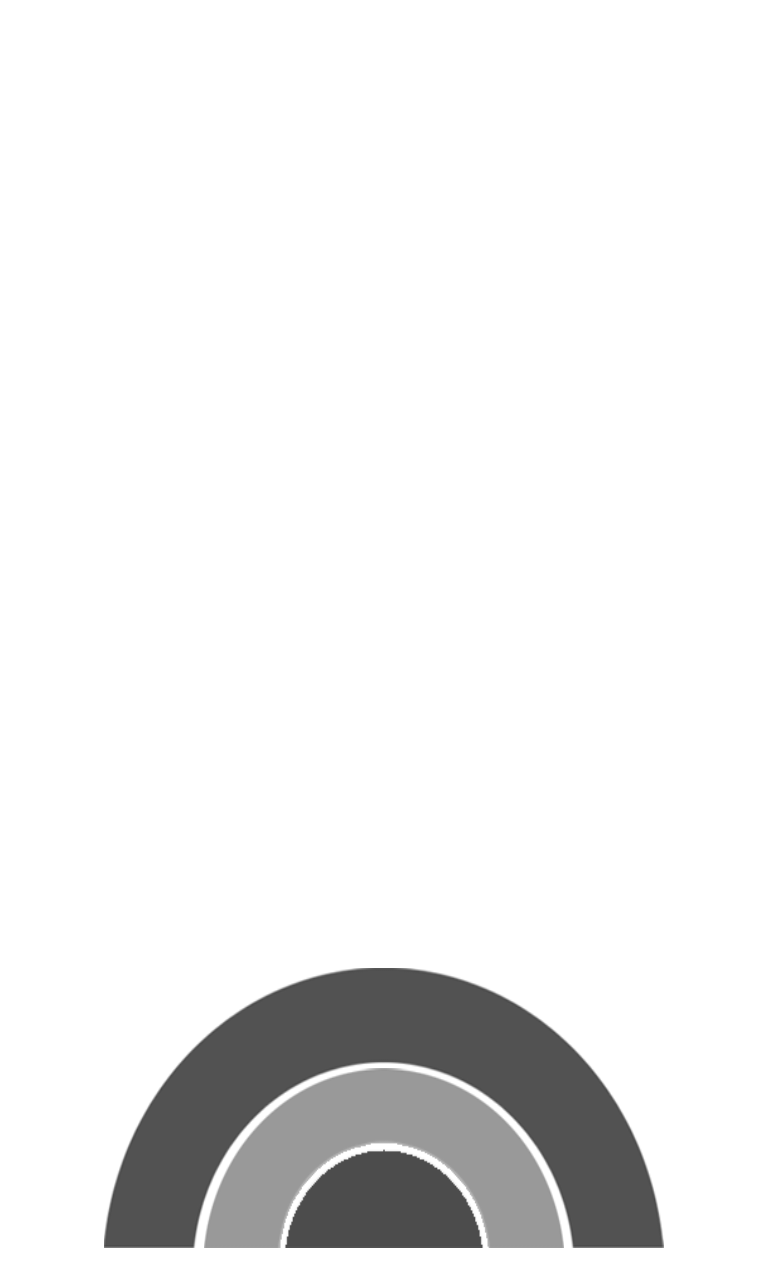
Repository: xfhy/Usually-learn-Android
Layout: 自定义控件/02_优酷菜单/res/layout/activity_main.xml
The author's editor kept a copy of each file at every save. The layout is drawn from the files as they stood at one save, then again after the next save.
It is drawn on a 768 x 1280 px phone screen (xhdpi) without system bars, with theme AppTheme; the app's code is not run.

Above is the layout before, as saved 2017-03-29 01:35:14.

### 自定义控件/02_优酷菜单/res/layout/activity_main.xml
<RelativeLayout xmlns:android="http://schemas.android.com/apk/res/android"
    xmlns:tools="http://schemas.android.com/tools"
    android:layout_width="match_parent"
    android:layout_height="match_parent"
    android:paddingBottom="@dimen/activity_vertical_margin"
    android:paddingLeft="@dimen/activity_horizontal_margin"
    android:paddingRight="@dimen/activity_horizontal_margin"
    android:paddingTop="@dimen/activity_vertical_margin"
    tools:context="com.xfhy.youkumenu.MainActivity$PlaceholderFragment" >

    <RelativeLayout
        android:layout_width="100dp"
        android:layout_height="50dp"
        android:layout_centerHorizontal="true"
        android:layout_alignParentBottom="true"
        android:background="@drawable/level1" >



    </RelativeLayout>

    <RelativeLayout
        android:layout_width="180dp"
        android:layout_height="90dp"
        android:layout_centerHorizontal="true"
        android:layout_alignParentBottom="true"
        android:background="@drawable/level2" >
    </RelativeLayout>

    <RelativeLayout
        android:layout_width="280dp"
        android:layout_height="140dp"
        android:layout_centerHorizontal="true"
        android:layout_alignParentBottom="true"
        android:background="@drawable/level3" >
    </RelativeLayout>

</RelativeLayout>

Loaded but not shown: 自定义控件/02_优酷菜单/res/values/styles.xml (common file); 自定义控件/02_优酷菜单/res/values-v11/styles.xml (common file); 自定义控件/02_优酷菜单/res/values-v14/styles.xml (common file); 自定义控件/02_优酷菜单/res/values/dimens.xml (common file); 自定义控件/02_优酷菜单/res/values-w820dp/dimens.xml (common file)

After the next save:
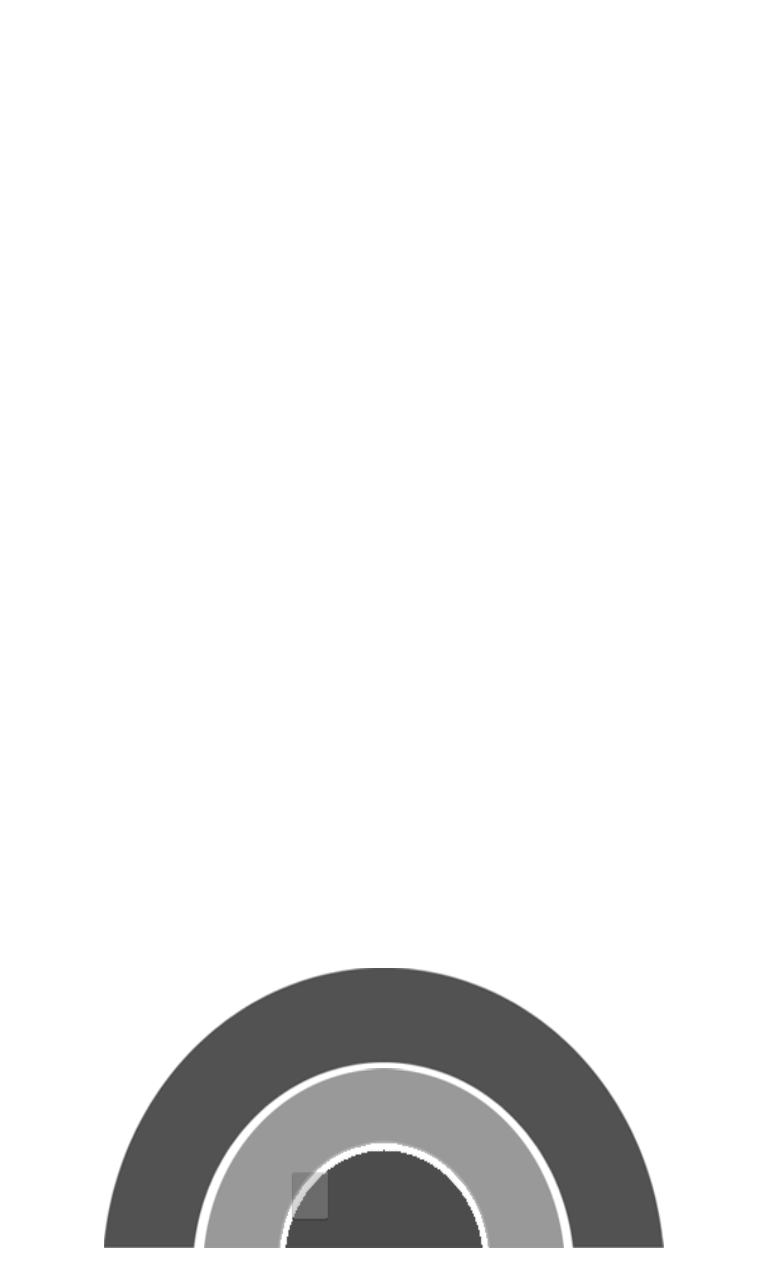
Saved 66 s later.
--- a/自定义控件/02_优酷菜单/res/layout/activity_main.xml
+++ b/自定义控件/02_优酷菜单/res/layout/activity_main.xml
@@ -11,27 +11,31 @@
     <RelativeLayout
         android:layout_width="100dp"
         android:layout_height="50dp"
+        android:layout_alignParentBottom="true"
         android:layout_centerHorizontal="true"
-        android:layout_alignParentBottom="true"
         android:background="@drawable/level1" >
 
-
+        <ImageButton
+            android:layout_width="wrap_content"
+            android:layout_height="wrap_content"
+            android:layout_alignParentBottom="true"
+            android:layout_marginBottom="10dp" />
 
     </RelativeLayout>
 
     <RelativeLayout
         android:layout_width="180dp"
         android:layout_height="90dp"
+        android:layout_alignParentBottom="true"
         android:layout_centerHorizontal="true"
-        android:layout_alignParentBottom="true"
         android:background="@drawable/level2" >
     </RelativeLayout>
 
     <RelativeLayout
         android:layout_width="280dp"
         android:layout_height="140dp"
+        android:layout_alignParentBottom="true"
         android:layout_centerHorizontal="true"
-        android:layout_alignParentBottom="true"
         android:background="@drawable/level3" >
     </RelativeLayout>
 

After the save that followed:
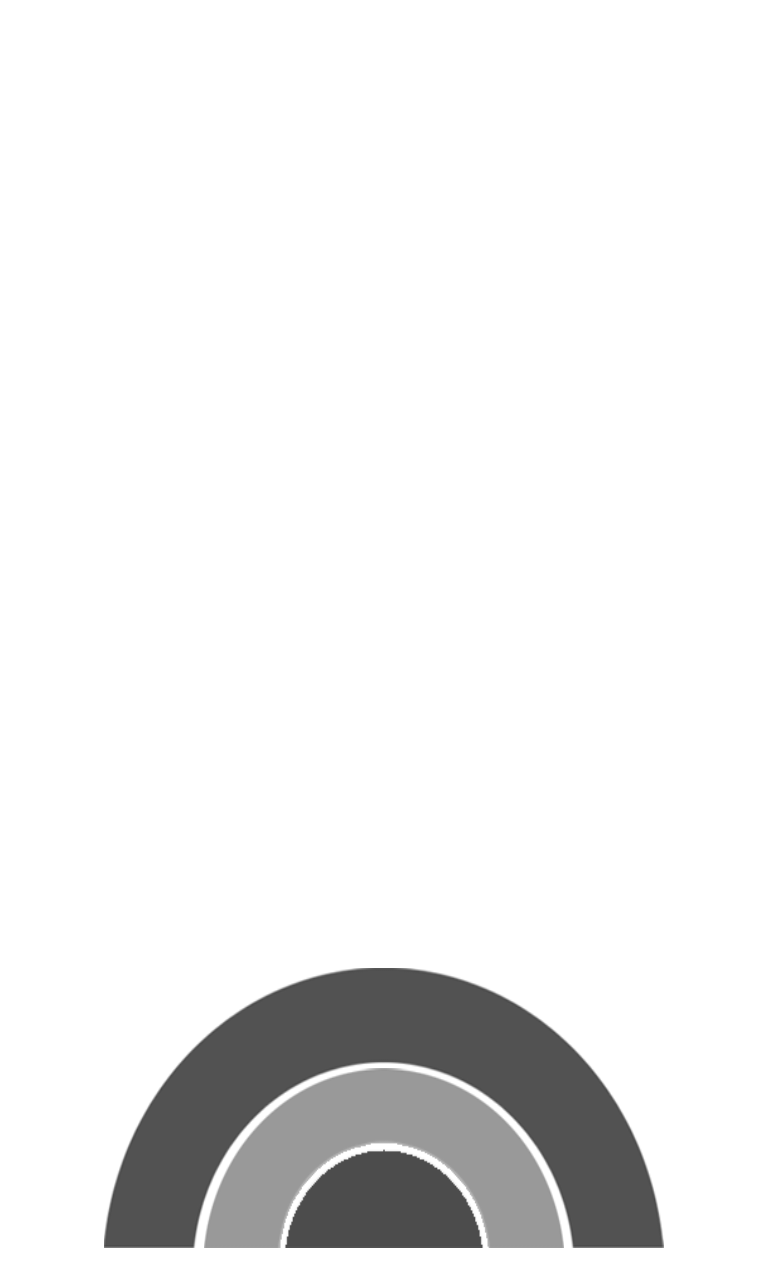
Saved 13 s later.
--- a/自定义控件/02_优酷菜单/res/layout/activity_main.xml
+++ b/自定义控件/02_优酷菜单/res/layout/activity_main.xml
@@ -19,6 +19,7 @@
             android:layout_width="wrap_content"
             android:layout_height="wrap_content"
             android:layout_alignParentBottom="true"
+            android:background="@null"
             android:layout_marginBottom="10dp" />
 
     </RelativeLayout>
